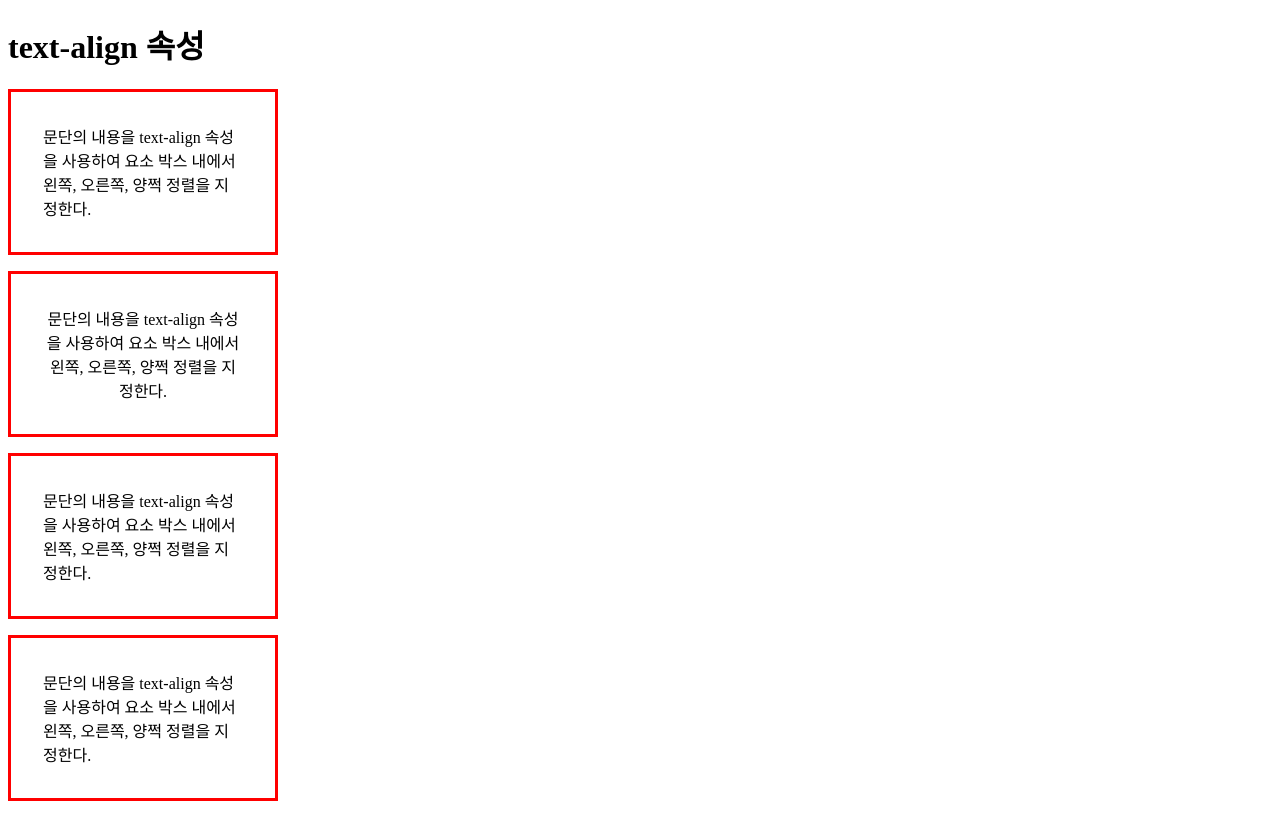
Repository: cussip/SuperHands
Page: WebExam/src/main/webapp/css/fonts/text/text-align.html
These files come from the project's save history. The page is drawn as it stood at one moment and after the next save; the edit follows.
The browser window is 1280 px wide. The pictures show the whole page.

Above is the page before, as saved 2022-01-31 02:42:56.

After the next save:
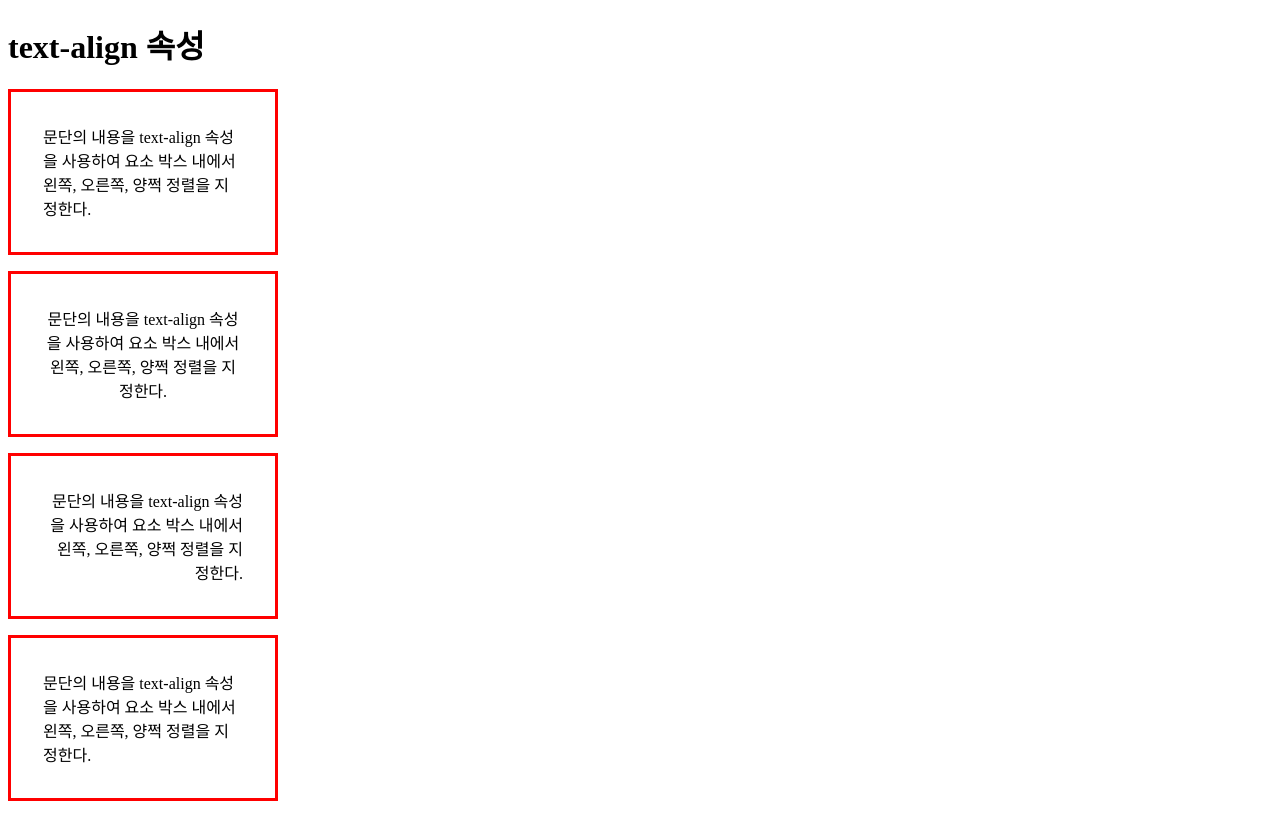
Saved 34 s later.
--- a/WebExam/src/main/webapp/css/fonts/text/text-align.html
+++ b/WebExam/src/main/webapp/css/fonts/text/text-align.html
@@ -11,7 +11,7 @@
 		}
 		.left {	text-align: left; }
 		.center {	text-align: center; }
-		.rigth {	text-align: right; }
+		.right {	text-align: right; }
 		.justif {	text-align: justif; }
 	</style>
 </head>
